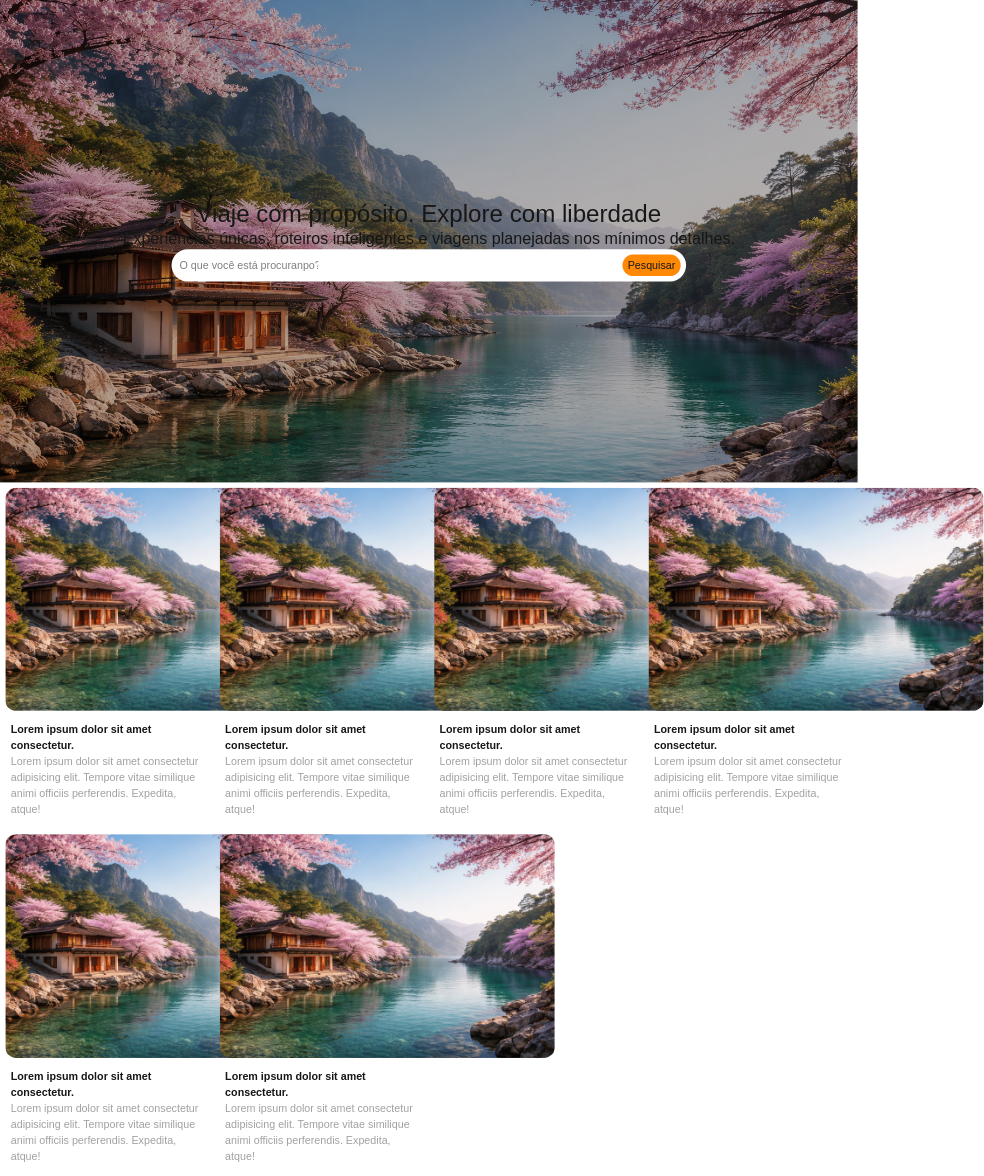
Repository: pedroantoniosi/tripicon-site
Page: /home
The author's editor kept a copy of each file at every save. The page is drawn from the files as they stood at one save, then again after a run of saves.
The browser window is 1280 px wide. The page is 1468 px wide, then 1466 px, so the pictures cover 1468 px, including what lies to the right of the window. The pictures show the whole page, at 67% of full size.
The project was rebuilt for these pictures with package versions that can differ from the ones it lists, and the page was loaded fresh each time. The framework's server and built-in components were replaced by stand-ins that run in the browser. Also part of the build but not shown: next.config.ts.

Above is the page before, as saved 2026-04-01 21:09:33.

### src/app/layout.tsx
import type { Metadata } from "next";
import { Geist, Geist_Mono } from "next/font/google";
import "./globals.css";

const geistSans = Geist({
  variable: "--font-geist-sans",
  subsets: ["latin"],
});

const geistMono = Geist_Mono({
  variable: "--font-geist-mono",
  subsets: ["latin"],
});

export const metadata: Metadata = {
  title: "Create Next App",
  description: "Generated by create next app",
};

export default function RootLayout({
  children,
}: Readonly<{
  children: React.ReactNode;
}>) {
  return (
    <html
      lang="en"
      className={`${geistSans.variable} ${geistMono.variable} h-full antialiased`}
    >
      <body className="min-h-full flex flex-col">{children}</body>
    </html>
  );
}

### src/app/home/page.tsx
"use client";
import styles from "./page.module.css";
import Searchbar from "@/components/searchbar/searchbar";
import Container from "@/components/Container/Container";
import Image from "next/image";
// import Slider from "@/components/Slider/Slider";

// const trips = [
//   { title: "", image: "/images/banner.png" },
//   { title: "", image: "/images/banner.png" },
//   { title: "", image: "/images/banner.png" },
// ];

// const reviews = [
//   {
//     name: "Mariana Souza",
//     text: "Viajar para Kyoto sempre foi um sonho, mas eu não fazia ideia de por onde começar. A plataforma montou tudo pra mim e a experiência foi simplesmente perfeita.",
//     stars: 5,
//   },
//   {
//     name: "Lucas Ferreira",
//     text: "Fiquei impressionado com a organização. Desde Tokyo até Osaka, tudo foi muito bem planejado. Zero dor de cabeça.",
//     stars: 5,
//   },
//   {
//     name: "Camila Ribeiro",
//     text: "Eu queria uma viagem mais cultural e menos turística, e eles acertaram exatamente no que eu buscava. Kyoto foi o ponto alto da viagem.",
//     stars: 5,
//   },
//   {
//     name: "Rafael Martins",
//     text: "Foi minha primeira viagem internacional e eu estava inseguro. O suporte foi excelente do começo ao fim, principalmente durante a estadia em Tokyo.",
//     stars: 5,
//   },
//   {
//     name: "Juliana Costa",
//     text: "Consegui montar um roteiro completo em poucos minutos. A experiência no Monte Fuji foi inesquecível. Recomendo muito.",
//     stars: 5,
//   },
// ];

export default function Home() {
  return (
    <>
      {/* Sessão Inicial  Principal */}
      <section className={styles.heroContainer}>
        <div className={`${styles.heroCaption} col gap-2`}>
          <h1 className="text-4xl  text-center">
            {" "}
            Viaje com propósito. Explore com liberdade
          </h1>
          <p className="text-md lg:text-2xl text-center m-[12]">
            Experiências únicas, roteiros inteligentes e viagens planejadas nos
            mínimos detalhes.
          </p>
          <Searchbar />
        </div>
      </section>

      {/* Sessão de Novidades */}
      <Container>
        <section
          className={`${styles.featuresContainer} gap-4 grid grid-cols-2 md:grid-cols-2 lg:grid-cols-4 p-2`}
        >
          {Array.from({ length: 6 }).map((_, index) => (
            <div
              key={index}
              className={`${styles.card} flex md:flex-col gap-2 `}
            >
              <Image
                className=" lg:max-w-[unset] rounded-2xl"
                src="/images/banner.png"
                alt="Banner"
                width={500}
                height={300}
              />
              <div className={`${styles.caption} md:content-end p-2`}>
                <h2 className="font-bold font">
                  Lorem ipsum dolor sit amet consectetur.
                </h2>
                <p className={`${styles.text} text-neutral-400 max-w-[500px]`}>
                  Lorem ipsum dolor sit amet consectetur adipisicing elit.
                  Tempore vitae similique animi officiis perferendis. Expedita,
                  atque!
                </p>
              </div>
            </div>
          ))}
        </section>

        {/* Sessão de planos de viagens */}
        {/* <section className="p-2 lg:p-8">
          <h2 className="font-bold text-3xl py-2">Conheça Nossas Viagens</h2>
          <div>
            <Slider
              data={trips}
              slidesPerView={{
                mobile: 1,
                tablet: 2,
                desktop: 3,
              }}
              autoplay
              loop
              renderItem={(item) => (
                <div className="rounded-xl overflow-hidden shadow">
                  <img
                    src={item.image}
                    alt={item.title}
                    className="w-full h-[400px] object-cover"
                  />
                  <h2 className="p-4 font-bold">{item.title}</h2>
                </div>
              )}
            />
          </div>
        </section> */}

        {/* Sessão de planos de viagens */}
        {/* <section className="p-2 lg:p-8">
          <h2 className="font-bold text-3xl py-2">Escolha sua nova aventura</h2>
          <div>
            <Slider
              data={trips}
              slidesPerView={{
                mobile: 1,
                tablet: 2,
                desktop: 3,
              }}
              autoplay
              loop
              renderItem={(item) => (
                <div className="rounded-xl overflow-hidden shadow">
                  <img
                    src={item.image}
                    alt={item.title}
                    className="w-full h-[400px] object-cover"
                  />
                  <h2 className="p-4 font-bold">{item.title}</h2>
                </div>
              )}
            />
          </div>
        </section> */}

        {/* Sessão de planos de viagens */}
        {/* <div className="p-2 lg:p-8">
          <div className="flex flex-wrap gap-2">
            <Slider
              data={reviews}
              slidesPerView={{
                mobile: 1.2,
                tablet: 2,
                desktop: 3,
              }}
              autoplay
              loop
              renderItem={(item) => (
                <div className="rounded-xl overflow-hidden shadow flex flex-col gap-2 bg-stone-900  p-2 rounded-2xl">
                  <div className="flex gap-1">
                    {Array.from({ length: item.stars }).map((_, index) => (
                      <i
                        key={index}
                        className="bi bi-star-fill text-yellow-300"
                      ></i>
                    ))}
                  </div>
                  <h2 className="font-bold">{item.name}</h2>
                  <p>{item.text}</p>
                </div>
              )}
            />
          </div>
        </div> */}
      </Container>
    </>
  );
}

### src/app/globals.css
@import "tailwindcss";
@import "bootstrap-icons/font/bootstrap-icons.css";


:root {
  --background: #ffffff;
  --foreground: #171717;
  --primaryColor: #
}

@media (prefers-color-scheme: dark) {
  :root {
    --background: #0a0a0a;
    --foreground: #ededed;
  }
}

body {
  background: var(--background);
  color: var(--foreground);
  font-family: Arial, Helvetica, sans-serif;
}

### src/app/home/page.module.css
.heroContainer {
    padding: 1rem;
    position: relative;
    display: grid;
    place-items: center;
    z-index: 1;
    min-height: 70svh;

    &::after {
        content: ' ';
        position: absolute;
        width: 100%;
        height: 100%;
        left: 0;
        bottom: 0;
        background-image: url('/images/banner.png');
        background-size: cover;
        z-index: -1;
        filter: brightness(70%);
    }

    & .heroTitle {
        max-width: 1024px;
        text-align: center;
    }
}


@media (min-width: 1024px) {
    .heroContainer {
        padding: 2rem;
        min-height: 100vh;
    }

    .heroContainer .heroTitle {
        max-width: 1200px;
    }
}

@media (max-width: 768px) {
    .featuresContainer {
        & .card {
            position: relative;

            & .caption {
                width: 100%;
                position: absolute;
                bottom: 0;
                z-index: 1;

                & .text {
                    display: none;
                }
            }
        }
    }

}

### src/components/searchbar/searchbar.tsx
export default function searchbar() {
  return (
    <>
      <div className="p-[.5rem] bg-white rounded-full flex justify-between m-auto max-w-[768px]">
        <input
          className="p-1 text-black outline-none border-none"
          type="text"
          placeholder="O que você está procuranpo?"
        />
        <button className="bg-orange-400 px-2 rounded-full">Pesquisar</button>
      </div>
    </>
  );
}

### src/components/Container/Container.tsx
import React from "react";

type ContainerProps = {
  children?: React.ReactNode;
};

export default function Container({ children }: ContainerProps) {
  return <div className="max-w-[1640px] m-auto">{children}</div>;
}

After the next 2 saves:
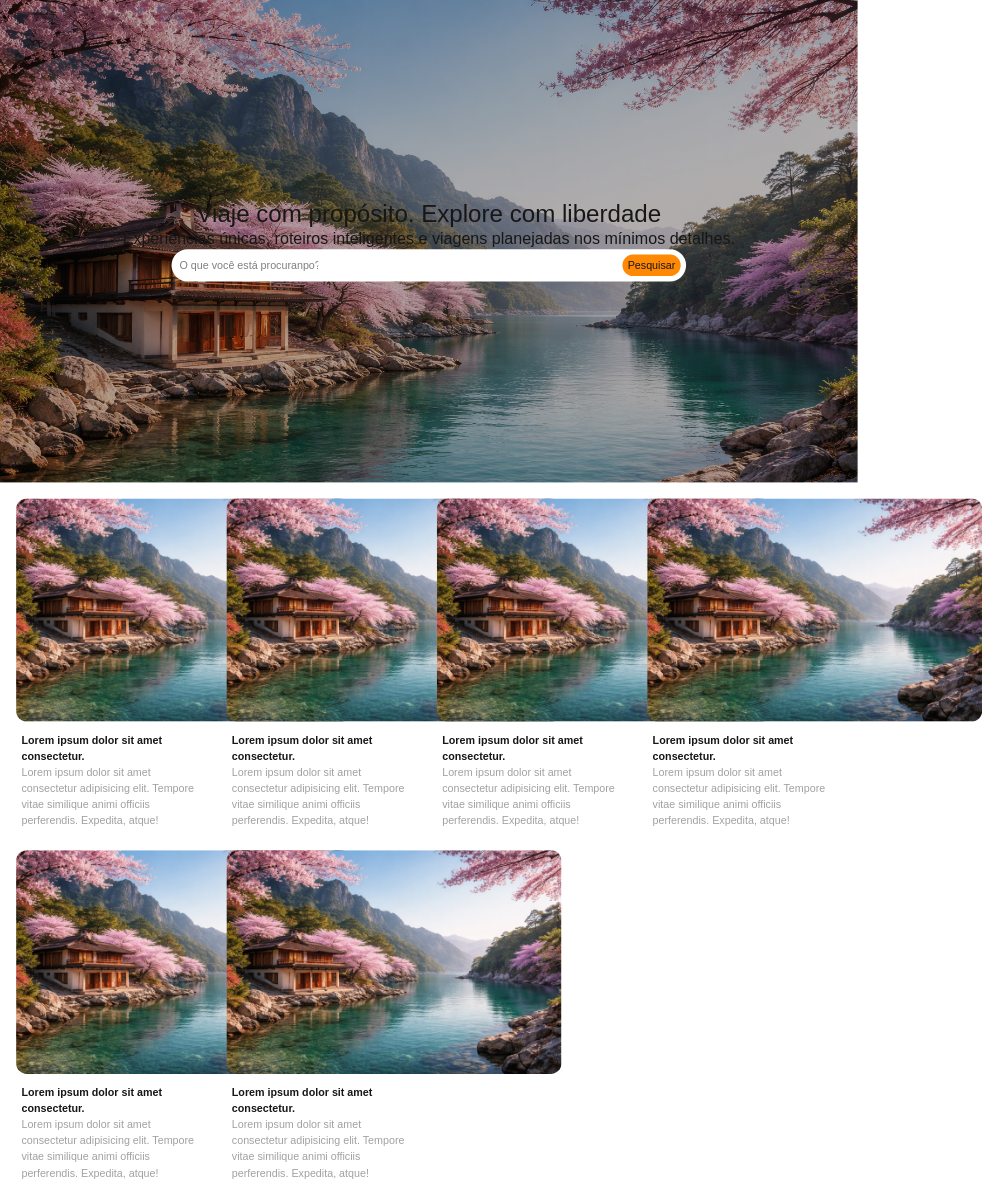
The 2 saves are shown as one change because they came seconds apart.
The last was saved 13 s later.
--- a/src/app/home/page.tsx
+++ b/src/app/home/page.tsx
@@ -60,7 +60,7 @@ export default function Home() {
       {/* Sessão de Novidades */}
       <Container>
         <section
-          className={`${styles.featuresContainer} gap-4 grid grid-cols-2 md:grid-cols-2 lg:grid-cols-4 p-2`}
+          className={`${styles.featuresContainer} grid grid-cols-2 md:grid-cols-2 lg:grid-cols-4 p-2 gap-2 lg:p-6 lg:gap-6`}
         >
           {Array.from({ length: 6 }).map((_, index) => (
             <div
